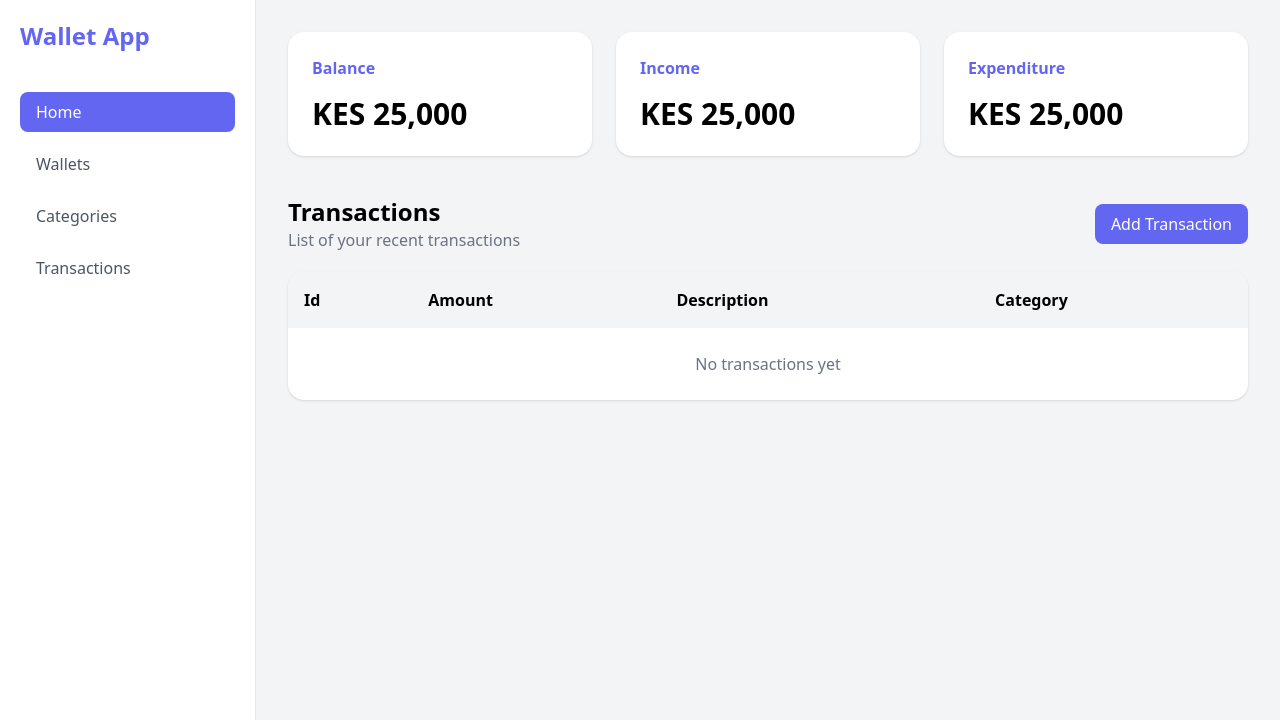
Repository: littlegithu/wallet-app
Page: /dashboard
An editor plug-in stored every save of this project. The page is shown before and after the next save, followed by the edit.
The browser window is 1280 px wide. The pictures show the whole page.
The project was rebuilt for these pictures with package versions that can differ from the ones it lists, and the page was loaded fresh each time. Also part of the build but not shown: src/pages/Home.jsx.

Above is the page before, as saved 2026-05-10 11:07:33.

After the next save:
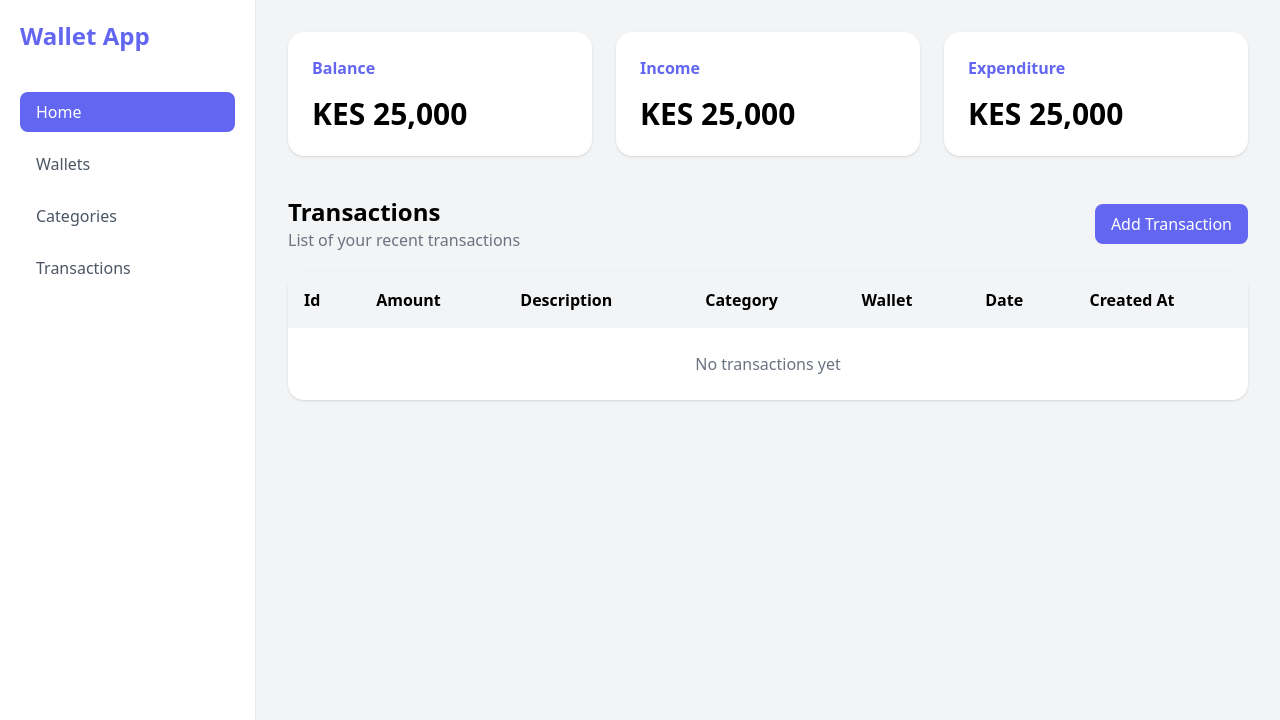
Saved 5 min 30 s later.
--- a/src/pages/Dashboard.jsx
+++ b/src/pages/Dashboard.jsx
@@ -19,8 +19,10 @@ function Dashboard() {
   const [amount, setAmount] = useState("");
   const [description, setDescription] = useState("");
   const [category, setCategory] = useState("");
-
-  // Save to localStorage whenever transactions change
+  const [wallet, setWallet] = useState("");
+  const [date, setDate] = useState("");
+
+  // Save to localStorage
   useEffect(() => {
     localStorage.setItem(
       "transactions",
@@ -28,11 +30,16 @@ function Dashboard() {
     );
   }, [transactions]);
 
-  // Add transaction function
+  // Add transaction
   const handleAddTransaction = () => {
 
-    // Prevent empty inputs
-    if (!amount || !description || !category) {
+    if (
+      !amount ||
+      !description ||
+      !category ||
+      !wallet ||
+      !date
+    ) {
       return;
     }
 
@@ -41,6 +48,9 @@ function Dashboard() {
       amount,
       description,
       category,
+      wallet,
+      date,
+      createdAt: new Date().toLocaleString(),
     };
 
     setTransactions([...transactions, newTransaction]);
@@ -49,6 +59,8 @@ function Dashboard() {
     setAmount("");
     setDescription("");
     setCategory("");
+    setWallet("");
+    setDate("");
 
     // Close modal
     setShowModal(false);
@@ -98,7 +110,7 @@ function Dashboard() {
 
         </div>
 
-        {/* Transactions Header */}
+        {/* Transactions */}
         <div className="mt-10">
 
           <div className="flex justify-between items-center mb-5">
@@ -122,8 +134,8 @@ function Dashboard() {
 
           </div>
 
-          {/* Transactions Table */}
-          <div className="bg-white rounded-2xl shadow overflow-hidden">
+          {/* Table */}
+          <div className="bg-white rounded-2xl shadow overflow-hidden overflow-x-auto">
 
             <table className="w-full">
 
@@ -133,6 +145,9 @@ function Dashboard() {
                   <th className="text-left p-4">Amount</th>
                   <th className="text-left p-4">Description</th>
                   <th className="text-left p-4">Category</th>
+                  <th className="text-left p-4">Wallet</th>
+                  <th className="text-left p-4">Date</th>
+                  <th className="text-left p-4">Created At</th>
                 </tr>
               </thead>
 
@@ -159,12 +174,24 @@ function Dashboard() {
                       <td className="p-4">
                         {transaction.category}
                       </td>
+
+                      <td className="p-4">
+                        {transaction.wallet}
+                      </td>
+
+                      <td className="p-4">
+                        {transaction.date}
+                      </td>
+
+                      <td className="p-4">
+                        {transaction.createdAt}
+                      </td>
                     </tr>
                   ))
                 ) : (
                   <tr>
                     <td
-                      colSpan="4"
+                      colSpan="7"
                       className="text-center p-6 text-gray-500"
                     >
                       No transactions yet
@@ -185,9 +212,9 @@ function Dashboard() {
 
         <div className="fixed inset-0 bg-black/40 flex items-center justify-center z-50">
 
-          <div className="bg-white p-6 rounded-2xl w-[400px] shadow-xl">
-
-            {/* Modal Header */}
+          <div className="bg-white p-6 rounded-2xl w-[450px] shadow-xl">
+
+            {/* Header */}
             <div className="flex justify-between items-center mb-5">
 
               <h2 className="text-xl font-bold">
@@ -230,6 +257,21 @@ function Dashboard() {
                 className="w-full border p-3 rounded-lg outline-none focus:ring-2 focus:ring-indigo-400"
               />
 
+              <input
+                type="text"
+                placeholder="Wallet"
+                value={wallet}
+                onChange={(e) => setWallet(e.target.value)}
+                className="w-full border p-3 rounded-lg outline-none focus:ring-2 focus:ring-indigo-400"
+              />
+
+              <input
+                type="date"
+                value={date}
+                onChange={(e) => setDate(e.target.value)}
+                className="w-full border p-3 rounded-lg outline-none focus:ring-2 focus:ring-indigo-400"
+              />
+
               <button
                 onClick={handleAddTransaction}
                 className="w-full bg-indigo-500 hover:bg-indigo-600 text-white py-3 rounded-lg"
